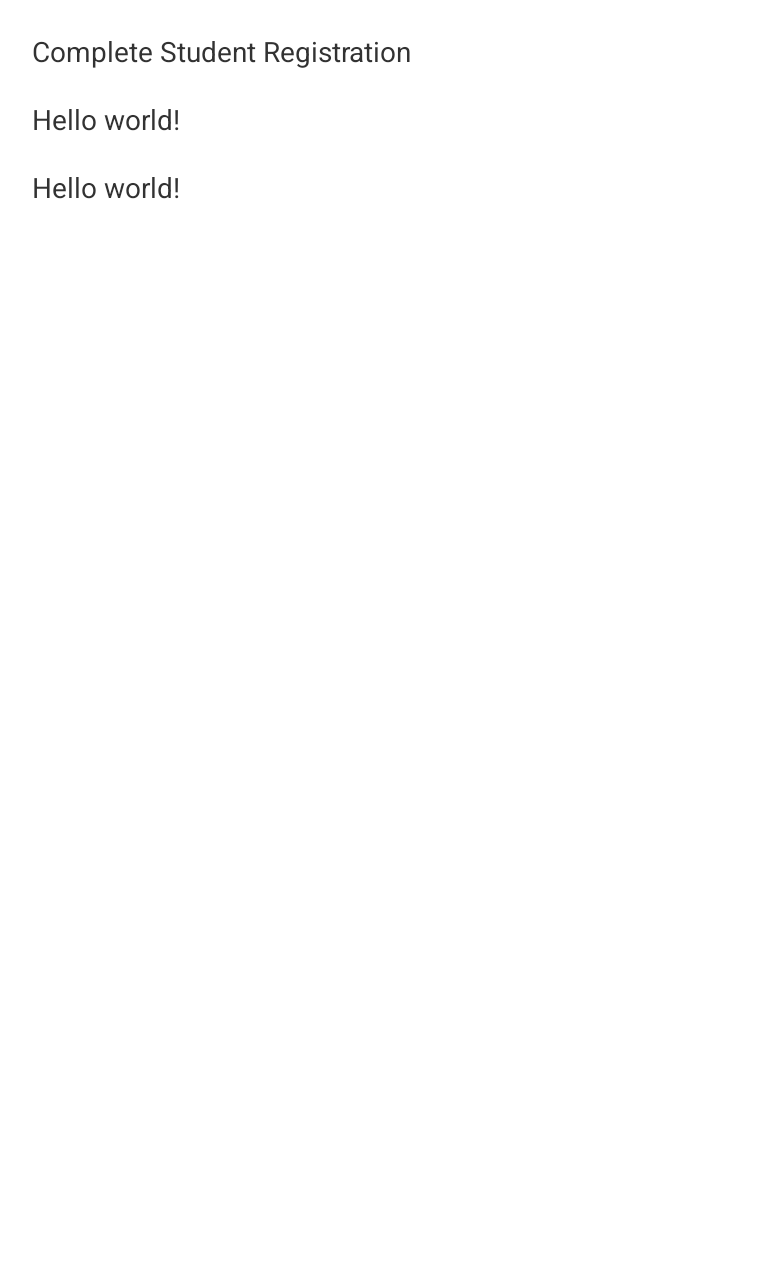
Repository: ericMedeiros93/Android-Dev
Layout: StudentInfo/res/layout/activity_register_avtivity.xml
The author's editor kept a copy of each file at every save. The layout is drawn from the files as they stood at one save, then again after the next save.
It is drawn on a 768 x 1280 px phone screen (xhdpi) without system bars, with theme AppTheme; the app's code is not run.

Above is the layout before, as saved 2014-10-08 16:43:37.

### StudentInfo/res/layout/activity_register_avtivity.xml
<LinearLayout xmlns:android="http://schemas.android.com/apk/res/android"
    xmlns:tools="http://schemas.android.com/tools"
    android:layout_width="match_parent"
    android:layout_height="match_parent"
    android:orientation="vertical"
    android:paddingBottom="@dimen/activity_vertical_margin"
    android:paddingLeft="@dimen/activity_horizontal_margin"
    android:paddingRight="@dimen/activity_horizontal_margin"
    android:paddingTop="@dimen/activity_vertical_margin"
    tools:context="com.ericmedeiros.studentinfo.RegisterActivity" >

    <TextView
        android:layout_width="wrap_content"
        android:layout_height="wrap_content"
        android:text="Complete Student Registration" />

    <TextView
        android:id="@+id/txtName"
        android:layout_width="wrap_content"
        android:layout_height="wrap_content"
        android:layout_marginTop="15dp"
        android:text="@string/hello_world" />

    <TextView
        android:id="@+id/txtNeedResidence"
        android:layout_width="wrap_content"
        android:layout_height="wrap_content"
        android:layout_marginTop="15dp"
        android:text="@string/hello_world" />

    <LinearLayout
        android:layout_height="wrap_content"
        android:layout_width="match_parent" >

        <Button
            android:layout_width="0dp"
            android:layout_wight="1"
            android:layout_height="wrap_content"
            android:text="Assign ID" />

        <Button
            android:layout_width="0dp"
            android:layout_wight="1"
            android:layout_height="wrap_content"
            android:text="Residence Full" />
    </LinearLayout>

</LinearLayout>

### StudentInfo/res/values/strings.xml
<?xml version="1.0" encoding="utf-8"?>
<resources>

    <string name="app_name">Student Info</string>
    <string name="hello_world">Hello world!</string>
    <string name="action_settings">Settings</string>
    <string name="name_hint">Student Name</string>
    <string name="sdne_name">Software Development, Network Engineering</string>
    <string name="sa_name">Systems Analyst</string>
    <string name="cp_name">Computer Programming</string>
    <string name="need_residence">Need Residence</string>
    <string name="register">Register</string>
    <string name="title_activity_register_avtivity">Register Avtivity</string>

</resources>

Loaded but not shown: StudentInfo/res/values/styles.xml (common file); StudentInfo/res/values-v11/styles.xml (common file); StudentInfo/res/values-v14/styles.xml (common file); StudentInfo/res/values/dimens.xml (common file); StudentInfo/res/values-w820dp/dimens.xml (common file)

After the next save:
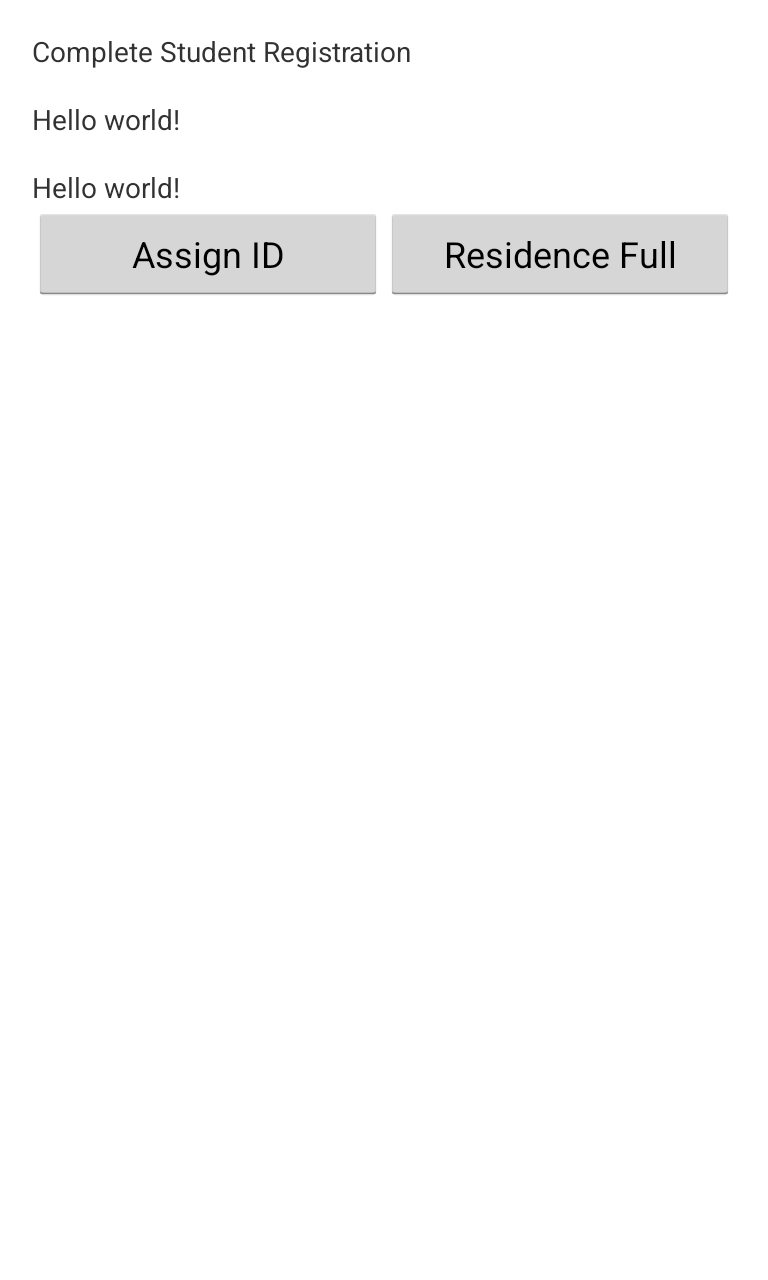
Saved 22 s later.
--- a/StudentInfo/res/layout/activity_register_avtivity.xml
+++ b/StudentInfo/res/layout/activity_register_avtivity.xml
@@ -34,13 +34,13 @@
 
         <Button
             android:layout_width="0dp"
-            android:layout_wight="1"
+            android:layout_weight="1"
             android:layout_height="wrap_content"
             android:text="Assign ID" />
 
         <Button
             android:layout_width="0dp"
-            android:layout_wight="1"
+            android:layout_weight="1"
             android:layout_height="wrap_content"
             android:text="Residence Full" />
     </LinearLayout>
